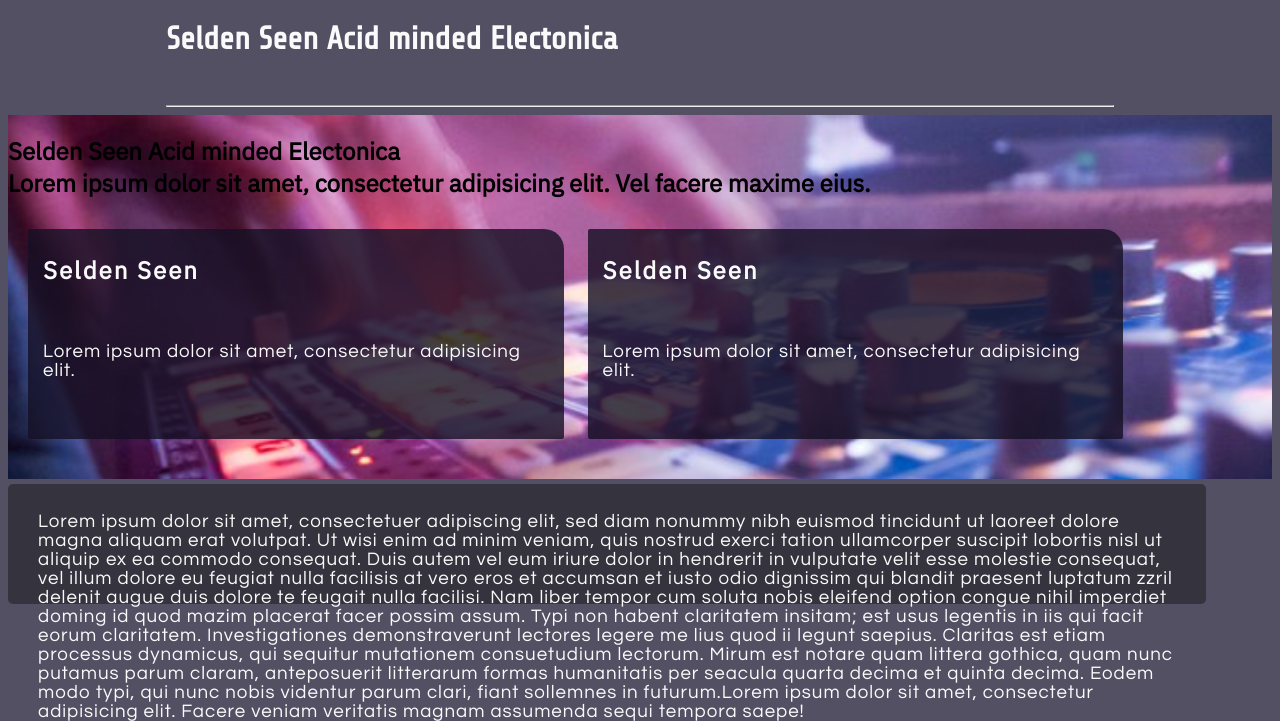
Repository: josvelema/milestone
Page: index.html
The author's editor kept a record of every edit. The page is drawn from the files as they stood at one moment, then again after the next edit.
The browser window is 1280 px wide. The pictures show the whole page.
Backgrounds fixed to the window are drawn as part of the page.

Above is the page before.

### index.html
<!DOCTYPE html>
<html lang="en">

<head>
    <meta charset="UTF-8">
    <meta name="viewport" content="width=device-width, initial-scale=1.0">
    <meta http-equiv="X-UA-Compatible" content="ie=edge">
    <link href="https://fonts.googleapis.com/css?family=IBM+Plex+Sans|Questrial|Share+Tech&display=swap" rel="stylesheet">
    <link href="CSS/style.css" rel="stylesheet" type="text/css">
    <title>Selden Seen</title>
</head>

<body>
    <header class="head">
        <h1> Selden Seen Acid minded Electonica<br>
        </h1>

        <br>
        <Hr>
    </header>
    <section>
        <div class="hero-image">
            <aside>
                <h2> Selden Seen Acid minded Electonica
            <br> Lorem ipsum dolor sit amet, consectetur adipisicing elit. Vel facere maxime eius.</h2>

            <div class="callout">
                <h2>Selden Seen</h2>
                <br>
                <h3>Lorem ipsum dolor sit amet, consectetur adipisicing elit.</h3>
            </div>
            <div class="callout">
                <h2>Selden Seen</h2>
                <br>
                <h3>Lorem ipsum dolor sit amet, consectetur adipisicing elit.</h3>
            </div>

            </aside>
        </div>
    </section>
    <br>
    <footer>
    <div class="foot"><h3>Lorem ipsum dolor sit amet, consectetuer adipiscing elit,
    sed diam nonummy nibh euismod tincidunt ut laoreet dolore
    magna aliquam erat volutpat. Ut wisi enim ad minim veniam,
    quis nostrud exerci tation ullamcorper suscipit lobortis nisl
    ut aliquip ex ea commodo consequat. Duis autem vel eum iriure
    dolor in hendrerit in vulputate velit esse molestie consequat,
    vel illum dolore eu feugiat nulla facilisis at vero eros et
    accumsan et iusto odio dignissim qui blandit praesent luptatum
    zzril delenit augue duis dolore te feugait nulla facilisi.
    Nam liber tempor cum soluta nobis eleifend option congue
    nihil imperdiet doming id quod mazim placerat facer possim
    assum. Typi non habent claritatem insitam; est usus legentis
    in iis qui facit eorum claritatem. Investigationes
    demonstraverunt lectores legere me lius quod ii legunt saepius.
    Claritas est etiam processus dynamicus, qui sequitur mutationem
    consuetudium lectorum. Mirum est notare quam littera gothica,
    quam nunc putamus parum claram, anteposuerit litterarum formas
    humanitatis per seacula quarta decima et quinta decima. Eodem
    modo typi, qui nunc nobis videntur parum clari, fiant sollemnes
    in futurum.Lorem ipsum dolor sit amet, consectetur adipisicing elit. Facere veniam veritatis magnam assumenda sequi tempora saepe!</h3></div>
    </footer>
</body>

</html>

### CSS/style.css
@import url('https://fonts.googleapis.com/css?family=IBM+Plex+Sans|Questrial|Share+Tech&display=swap');

body {
    background-color: rgba(10, 7, 35, 0.7);
}

h1 {
    font-family: 'Share Tech', sans-serif;
}


h3 {
    font-family: 'Questrial', sans-serif;
    font-weight: 300;
    letter-spacing: 1px;
}

h2 {
    font-family: 'IBM Plex Sans', sans-serif;
}

.head {
    background-color: transparent;
    width: 75%;
    color: #fafafa;
    margin: 0 auto;
}

.hero-image {
    background: url("../img/emxheroimage.jpg")no-repeat center center fixed;
    background-position: relative;
    background-repeat: no-repeat;
    background-size: cover;
    min-height: 360px;
    transition: all 5s ease-in-out;
    -moz-transition: all .5s ease-in-out;
    -webkit-transition: all .5s ease-in-out;
    background-color: rgba(0, 0, 0, 0.5);
    width: 100%;
    float: left;
    margin: 0 auto;

}



.callout {
    font-family: 'Share Tech', sans-serif;
    color: #fafafa;
    letter-spacing: 2px;
    font-weight: 300;
    width: 40%;
    height: 200px;
    margin-top: 10px;
    margin-left: 20px;
    margin-bottom: 40px;
    padding: 5px 15px 5px 15px;
    background-color: rgba(20, 15, 35, 0.8);
    border-top-right-radius: 20px;
    border-top-left-radius: 2px;
    border-bottom-left-radius: 2px;
    border-bottom-right-radius: 2px;
    display: inline-block;
}

.foot {
    width: 90%;
    height: 100px;
    background-color: rgba(25, 25, 25, 0.5);
    color: #fafafa;
    border-radius: 5px 5px;
    border-color: #777777;
    position: relative;
    float: left;
    margin: 5px auto;
    padding: 10px 30px 10px 30px;

}

After the next edit:
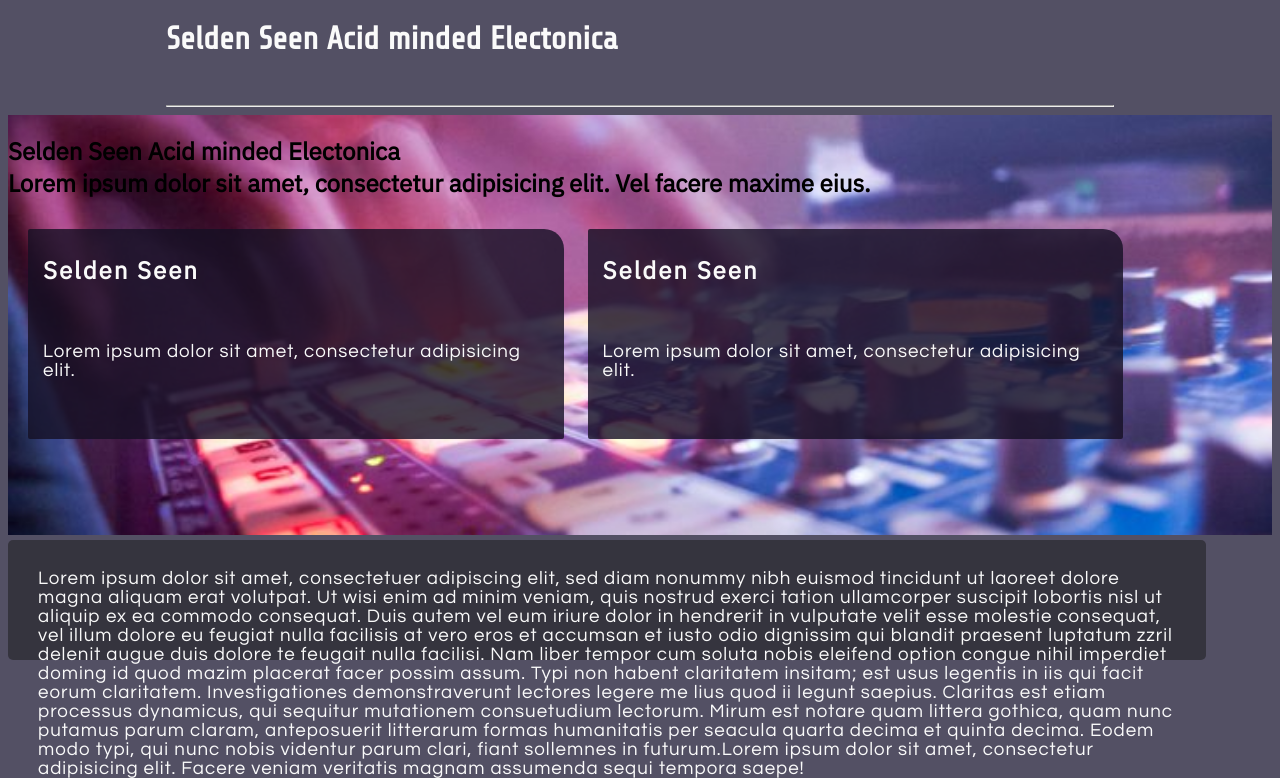
The edit:
--- a/CSS/style.css
+++ b/CSS/style.css
@@ -31,7 +31,7 @@
     background-position: relative;
     background-repeat: no-repeat;
     background-size: cover;
-    min-height: 360px;
+    min-height: 420px;
     transition: all 5s ease-in-out;
     -moz-transition: all .5s ease-in-out;
     -webkit-transition: all .5s ease-in-out;
